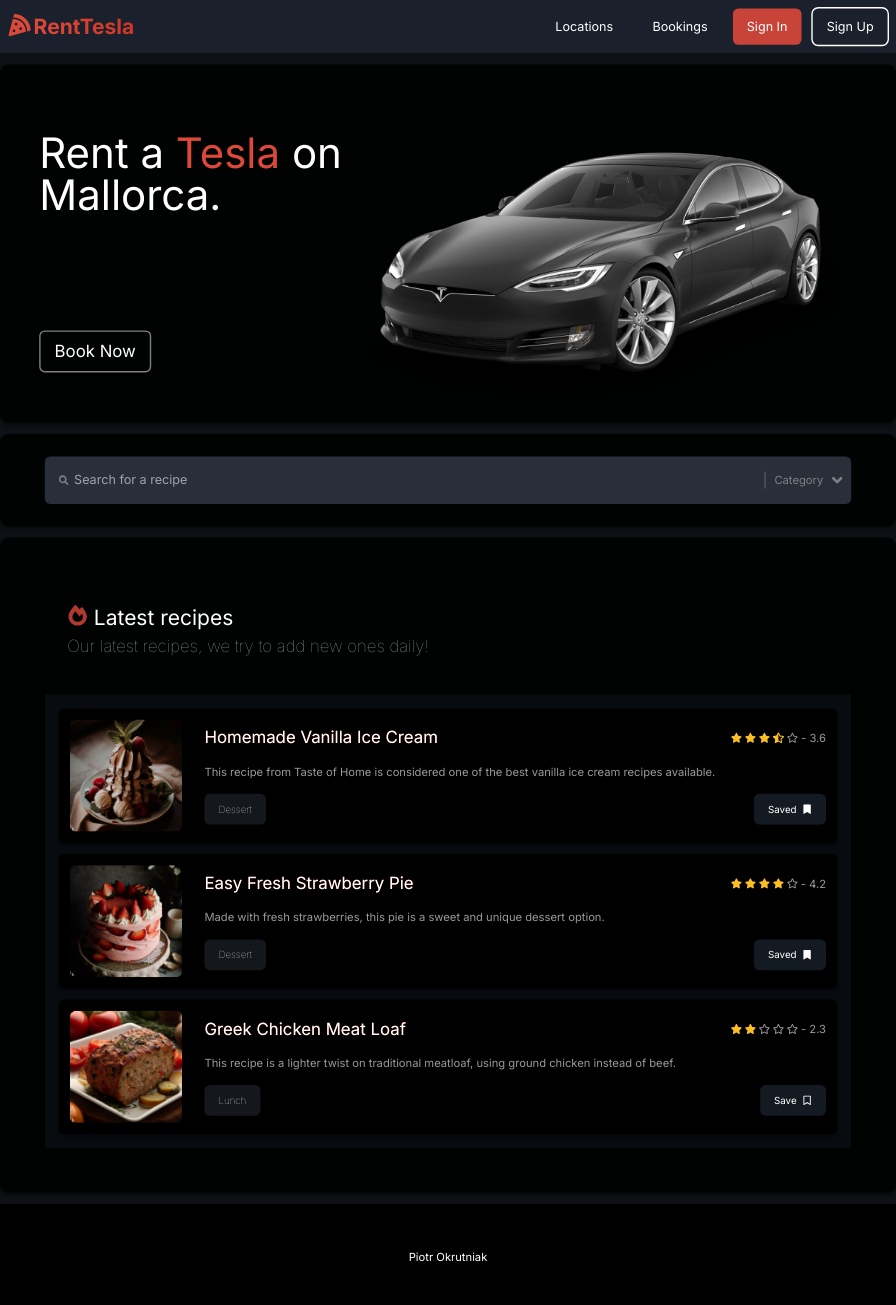
Repository: piotrokrutniak/RentallApp.UI
Page: /
An editor plug-in stored every save of this project. The page is shown before and after the next save, followed by the edit.
The browser window is 1280 px wide. The pictures show the whole page, at 70% of full size.
The project was rebuilt for these pictures with package versions that can differ from the ones it lists, and the page was loaded fresh each time. The framework's server and built-in components were replaced by stand-ins that run in the browser. Also part of the build but not shown: next.config.js.

Above is the page before, as saved 2023-10-05 21:00:33.

### src/app/layout.tsx
import './globals.css'
import type { Metadata } from 'next'
import { Inter } from 'next/font/google'
import NavBar from './components/navbar/navbar'
import Footbar from './components/footbar/footbar'

const inter = Inter({ subsets: ['latin'] })

export const metadata: Metadata = {
  title: 'Recipefy',
  description: 'Website with the tastiest recipes!',
}

export default function RootLayout({
  children,
}: {
  children: React.ReactNode
}) {
  return (
    <html lang="en">
      <body className={`${inter.className} bg-black`}>
        <div className="bg-slate-600/20 min-h-screen pb-4">
        <NavBar/>
        {children}
        </div>
        <Footbar/>
      </body>
    </html>
  )
}

### src/app/page.tsx
import Image, { StaticImageData } from 'next/image'
import { FaMugHot, FaCookieBite, FaHamburger, FaFireAlt, FaBookmark, FaRegBookmark } from 'react-icons/fa'
import CookingSvg from './components/svgComponents/CookingSvg'
import Rating from './components/generic/rating'
import Button from './components/generic/button'
import tesla from '../../public/media/tesla-mirrored.png'
import lunch from '../../public/media/lunch.jpg'
import dessert from '../../public/media/dessert.jpg'
import strawberryCake from '../../public/media/recipes/strawberryCake.jpg'
import greekMeatLoaf from '../../public/media/recipes/greekMeatLoaf.jpg'
import vanillaIceCream from '../../public/media/recipes/vanillaIceCream.jpg'
import { useState } from 'react'
import { RecipeListing } from './components/generic/recipeListing'
import { Input } from 'postcss'
import SearchBar from './components/generic/searchBar'

export default function Home() {
  return (
    <main className="flex flex-col m-auto gap-4">
      <section id="header-section" className='max-w-7xl bg-black/90 m-auto w-full px-14 py-8 rounded-xl mt-4 shadow-md shadow-black/40'>
        <div className="sm:p-8 pb-14 flex justify-between">

        </div>
        <div className='w-full flex justify-between'>
          <div className="flex flex-col gap-10 justify-between pb-10 text-white">
          <h1 className="text-5xl md:text-6xl"> Rent a <span className="text-vermilion-400">Tesla</span> on Mallorca. </h1>
          <Button className="w-fit rounded-lg shadow-md shadow-black hover:bg-blue-500 bg-transparent capitalize border-white/50 hover:border-blue-500 border-2 text-2xl"> Book Now </Button>
          </div>
          <div className="relative w-full h-96 left-0 flex gap-10 pt-3 overflow-x-auto m-auto justify-around select-none pb-10">
              <Image src={tesla} layout="fill" objectFit="contain" alt="Breakfast Photo" className="h-96 group-hover:opacity-50"/>
          </div>
        </div>
      </section>

      <section id="searchbar-section" className='max-w-7xl bg-black/90 px-7 m-auto w-full p-8 sm:px-16 rounded-xl shadow-md shadow-black/40 flex-col'>
        <SearchBar/>
      </section>

      <section id="top-picks-section" className='max-w-7xl bg-black/90 m-auto w-full sm:p-8 rounded-xl shadow-md shadow-black/40 flex-col'>
        <div className="lg:p-8 pb-14 flex flex-col gap-5">
          <div className="p-8">
            <h1 className="text-3xl text-white flex gap-2 pb-2" > <FaFireAlt className="opacity-80 fill-vermilion-400"/> Latest recipes</h1>
            <p className="text-2xl font-thin text-white/60 flex gap-2" > Our latest recipes, we try to add new ones daily!</p>
          </div>
          <div className="w-full h-fit p-5 bg-slate-800/25 flex flex-col gap-4">
            <RecipeListing title="Homemade Vanilla Ice Cream"
              desc="This recipe from Taste of Home is considered one of the best vanilla ice cream recipes available."
              image={vanillaIceCream}
              rating={3.6}
              saved={true}
              tags={["Dessert"]}/>
            <RecipeListing title="Easy Fresh Strawberry Pie"
              desc="Made with fresh strawberries, this pie is a sweet and unique dessert option."
              image={strawberryCake}
              rating={4.2}
              saved={true}
              tags={["Dessert"]}/>
            <RecipeListing title="Greek Chicken Meat Loaf"
              desc="This recipe is a lighter twist on traditional meatloaf, using ground chicken instead of beef."
              image={greekMeatLoaf}
              rating={2.3}
              saved={false}
              tags={["Lunch"]}/>
          </div>
        </div>
      </section>
    </main>
  )
}

### src/app/globals.css
@tailwind base;
@tailwind components;
@tailwind utilities;

:root {}

@media (prefers-color-scheme: dark) {
  :root {}
}

body {}

### src/app/components/navbar/navbar.tsx
"use client"

import { FaPizzaSlice, FaBars } from "react-icons/fa"
import { BsX } from "react-icons/bs"
import Button from "../generic/button"
import { useState } from "react"
import Link from "next/link"


export default function NavBar(){
    const [showMobile, setShowMobile] = useState(false)

    return(
        <div className="bg-black/80 sticky top-0 z-20 backdrop-blur-xl">
            <div className="w-full flex bg-slate-700/50 ">
                <div className="p-3 m-auto w-full flex max-w-7xl justify-between items-center">
                    <Link href="/">
                    <div className="flex gap-1 h-fit select-none cursor-pointer active:opacity-80 hover:border-b-2 hover:pb-1 active:pb-0
                            border-opacity-0 border-vermilion-400 hover:border-opacity-100 border-b-0 transition-all">
                        <FaPizzaSlice className="h-full w-8 fill-vermilion-400"/>
                        <h1 className="text-3xl font-bold text-transparent bg-clip-text bg-gradient-to-r from-vermilion-400 to-vermilion-500">RentTesla</h1>
                    </div>
                    </Link>
                    <div className="hidden text-lg gap-4 md:flex">
                        <Button className="text-white bg-transparent active:bg-slate-100/5 hover:bg-slate-100/5" onClick={undefined}>
                            Locations
                        </Button>
                        <Button className="text-white bg-transparent active:bg-slate-100/5 hover:bg-slate-100/5" onClick={undefined}>
                            Bookings
                        </Button>
                        <Button className="text-white bg-vermilion-400 active:bg-slate-100/5 hover:bg-slate-100/5" onClick={undefined}>
                            Sign In
                        </Button>
                        <Button className="text-white bg-transparent capitalize outline outline-2 border-white/50 hover:border-blue-500" onClick={undefined}>
                            Sign Up
                        </Button>
                    </div>
                    <div className="md:hidden">
                        <FaBars className="h-10 w-10 fill-white cursor-pointer hover:fill-vermilion-400 active:opacity-80" onClick={() => setShowMobile(true)}/>
                    </div>
                    <div className={`${showMobile ? "" : "translate-x-full"} absolute w-screen h-screen bg-black left-0 top-0 md:hidden transition-all z-50 ease-in-out`}>
                    <div id="mobile-header" className="flex flex-row-reverse w-full">
                        <BsX className="fill-white w-16 h-16 cursor-pointer hover:fill-vermilion-400" onClick={() => setShowMobile(false)}/>
                    </div>
                    <div id="mobile-body">XDDDDDDDDDDDDDDDDD</div>
                    </div>
                </div>
            </div>
        </div>
    )
}

### src/app/components/footbar/footbar.tsx
export default function Footbar(){
    return(
        <div className="w-full h-20 bg-black mt-16 text-center text-white">
            Piotr Okrutniak
        </div>
    )
}

### src/app/components/generic/button.tsx
import { MouseEventHandler } from "react";

export default function Button({ children, className, onClick, disabled } : { children: React.ReactNode, className: string, onClick: undefined | MouseEventHandler<HTMLButtonElement>, disabled?: boolean }){
    return(
        <button className={`${className} px-5 py-3 rounded-lg bg-blue-500 bg-opacity-90 active:bg-opacity-80 hover:bg-opacity-100 cursor-pointer transition-all flex items-center gap-2 place-items-center`}
            onClick={onClick}
            disabled={disabled}>
            {children}
        </button>
    )
}

### src/app/components/generic/recipeListing.tsx
"use client";
import Image, { StaticImageData } from "next/image"
import Rating from "./rating"
import Button from "./button"
import { FaMugHot, FaCookieBite, FaHamburger, FaFireAlt, FaBookmark, FaRegBookmark } from 'react-icons/fa'
import { useState } from "react"

export function RecipeListing({rating = 0, title, desc, tags, image, saved,}:
    {rating: number | undefined, title: string | undefined, desc: string | undefined, tags: string[], image: StaticImageData | string, saved: boolean }){
      const [isSaved, setSaved] = useState(saved)

      return(
        <div className="w-full p-4 md:h-48 bg-black hover:bg-slate-500/20 rounded-lg shadow-md shadow-black/40 flex flex-col md:flex-row md:justify-between gap-8 items-center text-white group">
          <div className='h-64 w-full md:w-40 md:h-40 shrink-0 rounded-lg overflow-hidden relative cursor-pointer'>
            <Image src={image} layout="fill" objectFit="cover" alt="Breakfast Photo"/>
          </div>
          <div className="h-fit w-full items-center">
            <div className="flex justify-between items-center">
              <h1 className="text-2xl cursor-pointer bg-clip-text hover:text-transparent bg-gradient-to-r from-vermilion-500 to-vermilion-400">{title ?? "Recipe Name"}</h1>
              <Rating rating={rating}/>
            </div>
            <div className="flex justify-between items-center pt-5">
              <p className="text-white/60">{desc ?? "Description"}</p>
            </div>
            <div className="flex justify-between items-center pt-5">
              {tags.map(x => <Button className="bg-slate-500/20 hover:bg-slate-500/40 text-sm font-thin py-1" onClick={undefined}>{x}</Button>)}
              <Button className="bg-slate-700/40 hover:bg-vermilion-500/90 active:opacity-80 text-sm font-normal py-1 transition-all flex items-center gap-2"
                onClick={() => setSaved(x => !x)}>
                {isSaved ? <>Saved <FaBookmark/></> : <>Save <FaRegBookmark/></>}
                </Button>
            </div>
          </div>
        </div>
      )
  }

### src/app/components/generic/searchBar.tsx
"use client"
import { Dispatch, SetStateAction, useState } from "react"
import { BsX } from "react-icons/bs"
import { FaSearch, FaAngleDown } from "react-icons/fa"

export default function SearchBar(){
    const [dropdownOpened, setDropdownOpened] = useState(false)
    const [chosenOption, setChosenOption] = useState("")

    function ToggleDropdownOpened(){
        setDropdownOpened(x => !x)
    }

    return(
        <div className="bg-slate-500/40 rounded-lg flex pl-5 gap-2 items-center focus-within:bg-slate-500/50 transition-colors ease-in">
            <FaSearch className="fill-slate-50/40"/>
            <input type="text" placeholder="Search for a recipe" className="bg-transparent p-5 pl-0 text-white w-full outline-none text-lg border-none"/>

            <div className="flex text-slate-50 cursor-pointer border-l-2 pl-3 border-white/20 relative">
                <div className="flex opacity-40 hover:opacity-60 active:opacity-40 transition-opacity" onClick={() => ToggleDropdownOpened()}>

                {chosenOption || "Category"}
                <FaAngleDown className={`${dropdownOpened ? "rotate-180" : ""} fill-slate-50 w-10 h-6 transition-all`}/>
                </div>

                <div className={`${dropdownOpened ? "block" : "hidden"} absolute top-14 right-0 h-44 w-56 bg-black rounded-lg overflow-hidden`}>
                    <div className="w-full h-full bg-slate-500/50 overflow-y-auto pt-0">
                        <DropdownOption toggleDropdownOpened={ToggleDropdownOpened} setChosenOption={setChosenOption} chosenOption={chosenOption} text="Breakfast"/>
                        <DropdownOption toggleDropdownOpened={ToggleDropdownOpened} setChosenOption={setChosenOption} chosenOption={chosenOption} text="Lunch"/>
                        <DropdownOption toggleDropdownOpened={ToggleDropdownOpened} setChosenOption={setChosenOption} chosenOption={chosenOption} text="Dessert"/>
                        <DropdownOption toggleDropdownOpened={ToggleDropdownOpened} setChosenOption={setChosenOption} chosenOption={chosenOption} text="Dinner"/>
                        <DropdownOption toggleDropdownOpened={ToggleDropdownOpened} setChosenOption={setChosenOption} chosenOption={chosenOption} text="Appetizer"/>
                        <DropdownOption toggleDropdownOpened={ToggleDropdownOpened} setChosenOption={setChosenOption} chosenOption={chosenOption} text="Pastries"/>
                    </div>
                </div>
            </div>
        </div>
    )
}

function DropdownOption({setChosenOption, toggleDropdownOpened, text, chosenOption} :
    {setChosenOption: Dispatch<SetStateAction<string>>, toggleDropdownOpened: () => void, text: string, chosenOption: string}){
    const [isChecked, setIsChecked] = useState(false)

    function UnCheck(): void{
        setChosenOption("")
        setIsChecked(false)
    }

    function Check(): void{
        setChosenOption(text)
        toggleDropdownOpened()
        setIsChecked(true)
    }

    return(
        <div className={`${chosenOption == text ? "bg-black/30 font-bold" : ""} hover:bg-slate-100/10 px-3 py-2 flex justify-between`}>
                <div className="w-full" onClick={() => Check()}>
                    {text}
                </div>
                <div className="flex">
                    {chosenOption == text ? <UncheckButton onClick={UnCheck}/> : <></>}
                </div>
        </div>
    )
}

function UncheckButton({onClick} : {onClick: () => void}){
    return(
    <BsX className="w-6 h-6 hover:fill-red-500 hover:scale-110 active:scale-100" onClick={() => onClick()}/>
    )
}

### src/app/components/generic/rating.tsx
import { FaStar, FaStarHalf, FaStarHalfAlt, FaRegStar} from 'react-icons/fa'
import { IconType } from 'react-icons'

export default function Rating({rating = 0,}: {rating: number | undefined | void}){
    const defaultRating: boolean[] = [false, false, false, false, false]

    const initRating: number = rating

    const ratings: React.JSX.Element[] = []

    for(let i: number = 0; i < 5; i++){
        rating >= 1 ?  ratings.push(<Star filled={true}/>) : ratings.push(rating >= 0.5 ? <HalfStar/> : <Star filled={false}/>)
        rating -= 1;
    }



    return(
        <div className="flex gap-1 items-center shrink-0 text-white/60">
            {ratings} - {initRating}
        </div>
    )
}

function Star({filled = false,}: {filled: boolean}){
    return filled ? <FaStar className="fill-amber-400"/> : <FaRegStar/>
}

function HalfStar(){
    return <FaStarHalfAlt className="fill-amber-400"/>
}

### tailwind.config.js
/** @type {import('tailwindcss').Config} */
module.exports = {
  content: [
    './src/pages/**/*.{js,ts,jsx,tsx,mdx}',
    './src/components/**/*.{js,ts,jsx,tsx,mdx}',
    './src/app/**/*.{js,ts,jsx,tsx,mdx}',
  ],
  theme: {
    extend: {
      backgroundImage: {
        'gradient-radial': 'radial-gradient(var(--tw-gradient-stops))',
        'gradient-conic':
          'conic-gradient(from 180deg at 50% 50%, var(--tw-gradient-stops))',
      },
      height:{
        '112': '28rem',
        '128': '32rem',
      },
      width:{
        '112': '28rem',
        '128': '32rem',
      },
      colors:{
        "emerald":{
          "50": "#b0fde8",
          "100": "#60FBD2",
          "200": "#24F9C1",
          "400": "#06EFB1",
          "500": "#06d6a0",
        },
        "paygray":{
          "50": "#CED9DE",
          "100": "#aabcc5",
          "200": "#7996A4",
          "400": "#638292",
          "500": "#5A7684",
        },
        "vermilion":{
          "50": "#f0afa8",
          "100": "#ea8f85",
          "200": "#E06052",
          "400": "#dc493a",
          "500": "#d03625",
        },

      },
      minWidth:{
        'mobile': '360px',
        '54': '258px',
      },
      screens:{
        'xs': '580px',
        '850': '850px',
      },
    },
  },
  plugins: [],
}

After the next save:
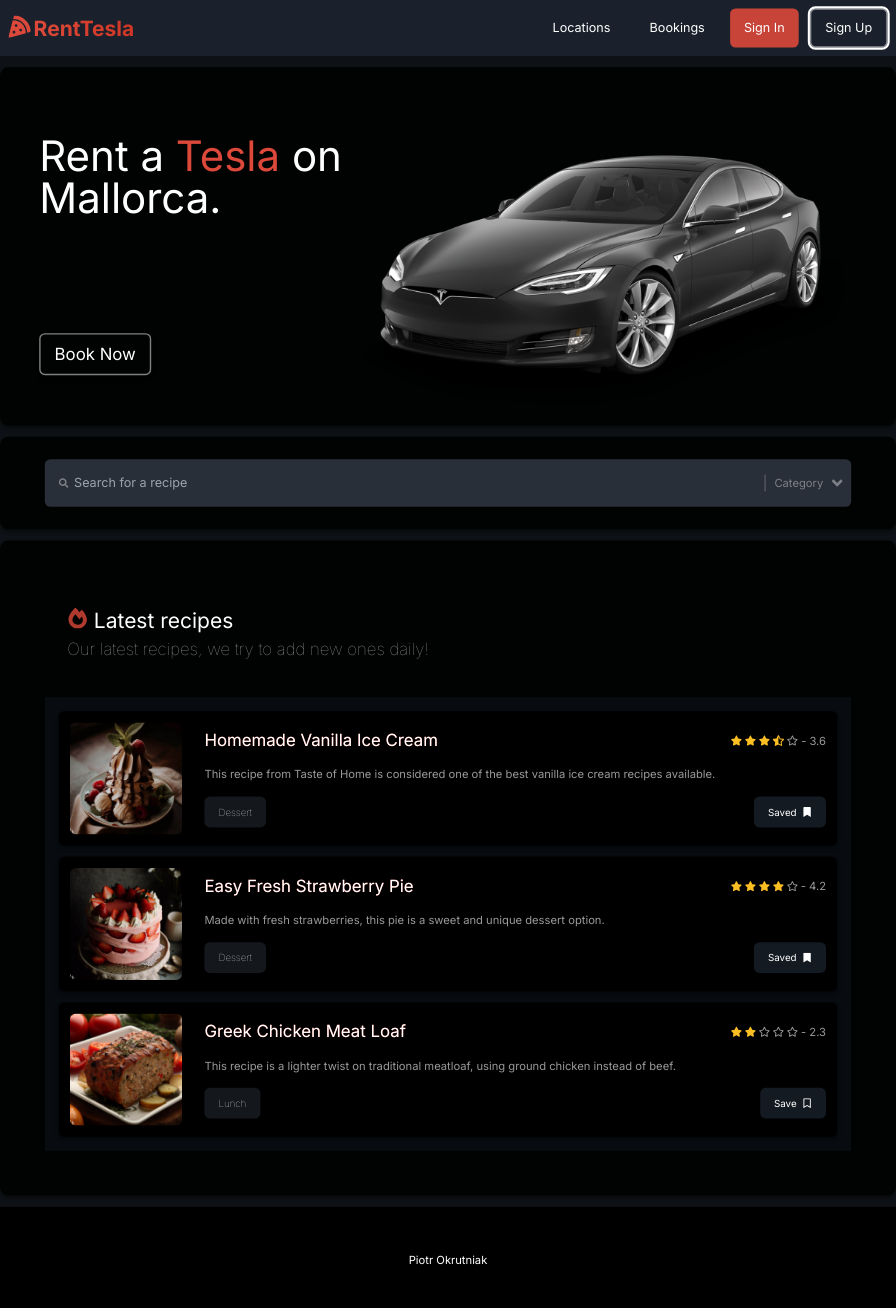
Saved 12 s later.
--- a/src/app/components/navbar/navbar.tsx
+++ b/src/app/components/navbar/navbar.tsx
@@ -31,7 +31,7 @@
                         <Button className="text-white bg-vermilion-400 active:bg-slate-100/5 hover:bg-slate-100/5" onClick={undefined}>
                             Sign In
                         </Button>
-                        <Button className="text-white bg-transparent capitalize outline outline-2 border-white/50 hover:border-blue-500" onClick={undefined}>
+                        <Button className="text-white bg-transparent capitalize outline border-2 border-white/50 hover:border-blue-500" onClick={undefined}>
                             Sign Up
                         </Button>
                     </div>
